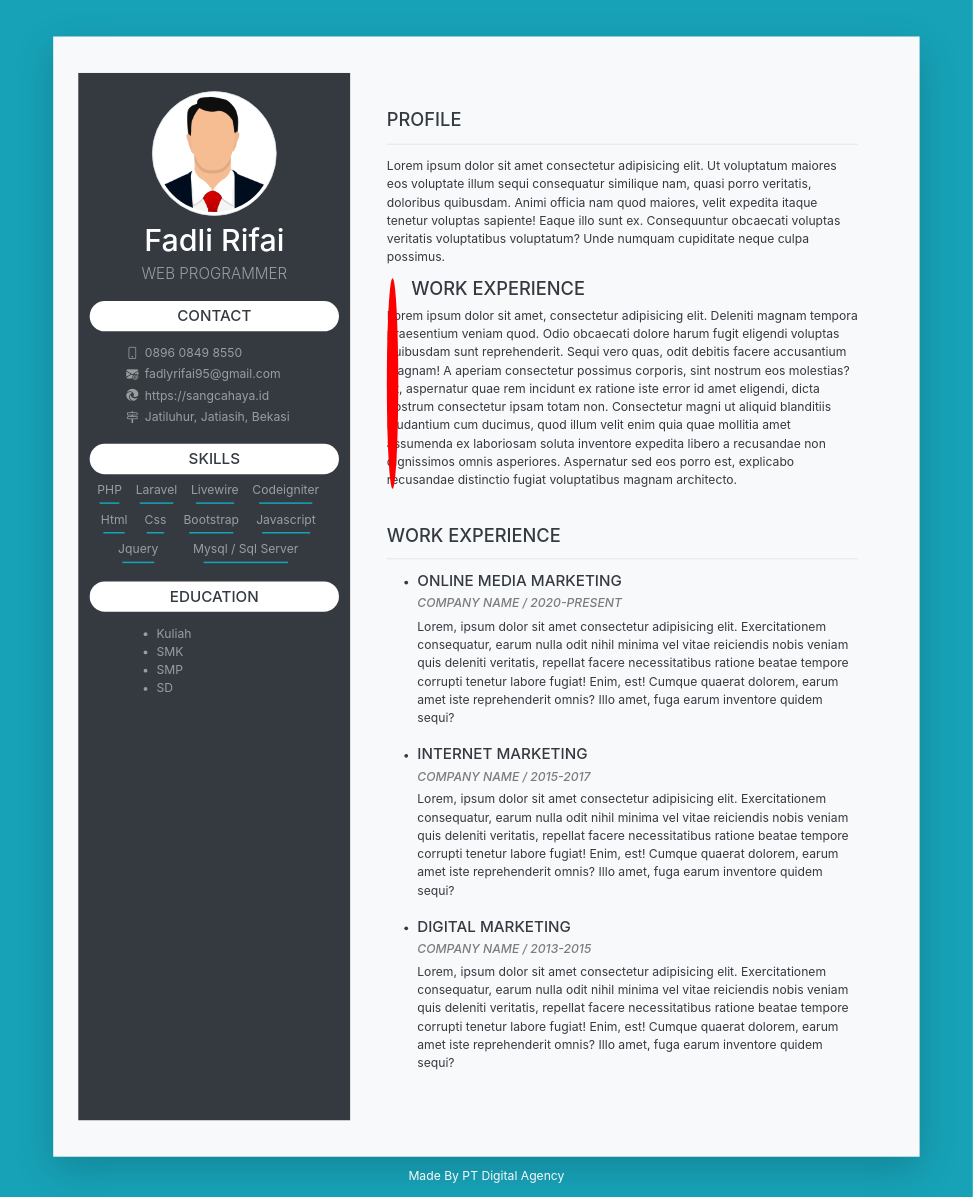
Repository: fadlyyy/fadlyyy.github.io
Page: index.html
An editor plug-in stored every save of this project. The page is shown before and after the next save, followed by the edit.
The browser window is 1280 px wide. The pictures show the whole page, at 76% of full size.

Above is the page before, as saved 2024-01-31 08:02:19.

### index.html
<!DOCTYPE html>
<html lang="en">

<head>
     <!-- Required meta tags -->
     <meta charset="utf-8" />
     <meta name="viewport" content="width=device-width, initial-scale=1, shrink-to-fit=no" />

     <!-- Bootstrap CSS -->
     <link rel="stylesheet" href="https://cdn.jsdelivr.net/npm/bootstrap@4.6.2/dist/css/bootstrap.min.css"
          integrity="sha384-xOolHFLEh07PJGoPkLv1IbcEPTNtaed2xpHsD9ESMhqIYd0nLMwNLD69Npy4HI+N" crossorigin="anonymous" />

     <!-- Icon -->
     <link rel="stylesheet" href="https://cdn.jsdelivr.net/npm/bootstrap-icons@1.11.3/font/bootstrap-icons.min.css" />

     <link rel="stylesheet" href="style.css" />

     <title>Hello, world!</title>
</head>

<body class="bg-info">
     <div class="container p-5 bg-light mt-5 mb-5 shadow shadow-lg">
          <div class="row">
               <div class="col-lg-4 bg-dark text-white text-center py-4">
                    <div class="header-left">
                         <img src="img/profile.png"
                              alt="" class="img-thumbnail rounded-circle mb-2 w-50 h-50" />
                         <h1 class="display-5">Fadli Rifai</h1>
                         <h4 class="lead text-uppercase text-white-50 mb-4">Web Programmer</h4>
                    </div>

                    <!-- general info -->
                    <div class="general-info">
                         <h5 class="text-uppercase bg-white text-dark py-2 rounded-pill">contact</h5>

                         <ul class="list-unstyled text-white-50 py-2 text-left ml-5">
                              <li class="list-item mb-1">
                                   <p>
                                        <i class="bi bi-phone mr-1"></i> 0896 0849 8550
                                   </p>
                              </li>
                              <li class="list-item mb-1 text-wrap w-75">
                                   <p>
                                        <i class="bi bi-envelope-at-fill mr-1"></i> fadlyrifai95@gmail.com
                                   </p>
                              </li>
                              <li class="list-item mb-1">
                                   <p>
                                        <i class="bi bi-browser-edge mr-1"></i> https://sangcahaya.id
                                   </p>
                              </li>
                              <li class="list-item">
                                   <i class="bi bi-signpost-2 mr-1"></i>
                                   Jatiluhur, Jatiasih, Bekasi
                              </li>
                         </ul>
                    </div>

                    <!-- skills -->
                    <div>
                         <h5 class="text-uppercase bg-white text-dark py-2 rounded-pill">skills</h5>
                         <ul class="list list-unstyled text-white-50 px-2 text-left text-capitalize list-skills">
                              <li class="list-item">PHP</li>
                              <li class="list-item">laravel</li>
                              <li class="list-item">livewire</li>
                              <li class="list-item">codeigniter</li>
                              <li class="list-item">html</li>
                              <li class="list-item">css</li>
                              <li class="list-item">bootstrap</li>
                              <li class="list-item">javascript</li>
                              <li class="list-item">jquery</li>
                              <li class="list-item">mysql / sql server</li>
                         </ul>
                    </div>

                    <!-- educations -->
                    <div>
                         <h5 class="text-uppercase bg-white text-dark py-2 rounded-pill">education</h5>
                         <ul class="list text-white-50 ml-5 py-2 text-left text-capitalize">
                              <li class="list-item">Kuliah</li>
                              <li class="list-item">SMK</li>
                              <li class="list-item">SMP</li>
                              <li class="list-item">SD</li>
                         </ul>
                    </div>
               </div>

               <div class="col-lg-8 bg-light text-dark py-5 px-5 right-side">
                    <div class="header-right">
                         <h4 class="text-uppercase">Profile</h4>
                         <hr />
                         <p>
                              Lorem ipsum dolor sit amet consectetur adipisicing elit. Ut voluptatum maiores eos
                              voluptate illum sequi consequatur similique nam, quasi porro veritatis, doloribus
                              quibusdam. Animi officia nam quod maiores, velit expedita
                              itaque tenetur voluptas sapiente! Eaque illo sunt ex. Consequuntur obcaecati voluptas
                              veritatis voluptatibus voluptatum? Unde numquam cupiditate neque culpa possimus.
                         </p>
                    </div>

                    <div class="work-experience">
                         <h4 class="text-uppercase">work experience</h4>
                         <p>Lorem ipsum dolor sit amet, consectetur adipisicing elit. Deleniti magnam tempora praesentium veniam quod. Odio obcaecati dolore harum fugit eligendi voluptas quibusdam sunt reprehenderit. Sequi vero quas, odit debitis facere accusantium magnam! A aperiam consectetur possimus corporis, sint nostrum eos molestias? At, aspernatur quae rem incidunt ex ratione iste error id amet eligendi, dicta nostrum consectetur ipsam totam non. Consectetur magni ut aliquid blanditiis laudantium cum ducimus, quod illum velit enim quia quae mollitia amet assumenda ex laboriosam soluta inventore expedita libero a recusandae non dignissimos omnis asperiores. Aspernatur sed eos porro est, explicabo recusandae distinctio fugiat voluptatibus magnam architecto.</p>
                    </div>

                    <div class="mt-5">
                         <h4 class="text-uppercase">work experience</h4>
                         <hr>

                         <ul class="list">
                              <li class="list-item">
                                   <h5 class="display-6 text-uppercase">online media marketing</h5>
                                   <h6 class="text-uppercase text-black-50 font-italic">company name / 2020-present</h6>
                                   <p>Lorem, ipsum dolor sit amet consectetur adipisicing elit. Exercitationem consequatur, earum nulla odit nihil minima vel vitae reiciendis nobis veniam quis deleniti veritatis, repellat facere necessitatibus ratione beatae tempore corrupti tenetur labore fugiat! Enim, est! Cumque quaerat dolorem, earum amet iste reprehenderit omnis? Illo amet, fuga earum inventore quidem sequi?</p>
                              </li>

                              <li class="list-item mt-4">
                                   <h5 class="display-6 text-uppercase">internet marketing</h5>
                                   <h6 class="text-uppercase text-black-50 font-italic">company name / 2015-2017</h6>
                                   <p>Lorem, ipsum dolor sit amet consectetur adipisicing elit. Exercitationem consequatur, earum nulla odit nihil minima vel vitae reiciendis nobis veniam quis deleniti veritatis, repellat facere necessitatibus ratione beatae tempore corrupti tenetur labore fugiat! Enim, est! Cumque quaerat dolorem, earum amet iste reprehenderit omnis? Illo amet, fuga earum inventore quidem sequi?</p>
                              </li>

                              <li class="list-item mt-4">
                                   <h5 class="display-6 text-uppercase">digital marketing</h5>
                                   <h6 class="text-uppercase text-black-50 font-italic">company name / 2013-2015</h6>
                                   <p>Lorem, ipsum dolor sit amet consectetur adipisicing elit. Exercitationem consequatur, earum nulla odit nihil minima vel vitae reiciendis nobis veniam quis deleniti veritatis, repellat facere necessitatibus ratione beatae tempore corrupti tenetur labore fugiat! Enim, est! Cumque quaerat dolorem, earum amet iste reprehenderit omnis? Illo amet, fuga earum inventore quidem sequi?</p>
                              </li>
                         </ul>
                    </div>
               </div>
          </div>
     </div>
     <!-- Optional JavaScript; choose one of the two! -->

     <!-- footer -->
     <div class="footer">
          <p class="text-light text-center text-capitalize" style="margin-top: -35px;">made by PT Digital Agency</p>
     </div>

     <!-- Option 1: jQuery and Bootstrap Bundle (includes Popper) -->
     <script src="https://cdn.jsdelivr.net/npm/jquery@3.5.1/dist/jquery.slim.min.js"
          integrity="sha384-DfXdz2htPH0lsSSs5nCTpuj/zy4C+OGpamoFVy38MVBnE+IbbVYUew+OrCXaRkfj"
          crossorigin="anonymous"></script>
     <script src="https://cdn.jsdelivr.net/npm/bootstrap@4.6.2/dist/js/bootstrap.bundle.min.js"
          integrity="sha384-Fy6S3B9q64WdZWQUiU+q4/2Lc9npb8tCaSX9FK7E8HnRr0Jz8D6OP9dO5Vg3Q9ct"
          crossorigin="anonymous"></script>

     <!-- Option 2: Separate Popper and Bootstrap JS -->
     <!--
    <script src="https://cdn.jsdelivr.net/npm/jquery@3.5.1/dist/jquery.slim.min.js" integrity="sha384-DfXdz2htPH0lsSSs5nCTpuj/zy4C+OGpamoFVy38MVBnE+IbbVYUew+OrCXaRkfj" crossorigin="anonymous"></script>
    <script src="https://cdn.jsdelivr.net/npm/popper.js@1.16.1/dist/umd/popper.min.js" integrity="sha384-9/reFTGAW83EW2RDu2S0VKaIzap3H66lZH81PoYlFhbGU+6BZp6G7niu735Sk7lN" crossorigin="anonymous"></script>
    <script src="https://cdn.jsdelivr.net/npm/bootstrap@4.6.2/dist/js/bootstrap.min.js" integrity="sha384-+sLIOodYLS7CIrQpBjl+C7nPvqq+FbNUBDunl/OZv93DB7Ln/533i8e/mZXLi/P+" crossorigin="anonymous"></script>
    -->
</body>

</html>

### style.css
.general-info ul li p {
    margin: 0;
}

.list-skills {
    display: flex;
    flex-wrap: wrap;
    justify-content: space-evenly;
    align-content: space-around;
}

.list-skills .list-item {
    margin-right: 1rem;
    padding-bottom: .5rem;
}

.list-skills .list-item::after {
    content: '';
    display: block;
    background-color: #17a2b8;
    width: 80%;
    height: 2px;
    margin: auto;
    margin-top: 5px;
}

.work-experience {
    position: relative;
}

.work-experience h4 {
    margin-left: 2rem;
}

.work-experience::before {
    content: '';
    display: block;
    position: absolute;
    width: 15px;
    height: 15px;
    background-color: aqua;
    border-radius: 50%;
}

.work-experience::before {
    content: '';
    display: block;
    position: absolute;
    width: 15px;
    height: 100%;
    background-color: red;
    border-radius: 50%;
}

/* Media Query */
/* Extra Large */
@media (max-width: 1200px) {

}

/* Laptop */
@media (max-width: 992px) {

}

/* Tablet */
@media (max-width: 768px) {

}

/* Mobile */
@media (max-width: 576px) {
    .right-side {
        padding-left: 0 !important;
        padding-right: 0 !important;
    }
}

After the next save:
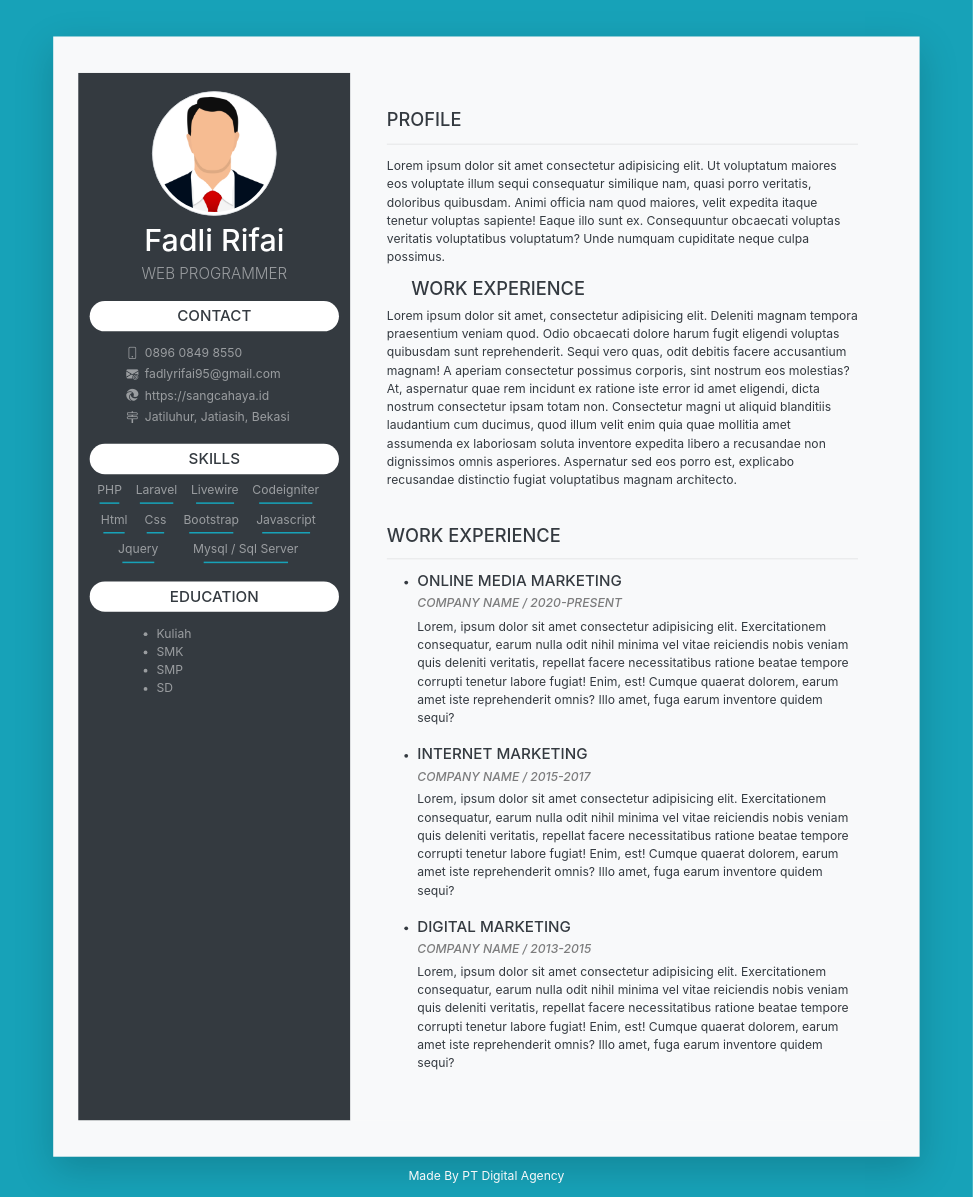
Saved 17 s later.
--- a/style.css
+++ b/style.css
@@ -49,7 +49,7 @@
     width: 15px;
     height: 100%;
     background-color: red;
-    border-radius: 50%;
+    z-index: -1;
 }
 
 /* Media Query */
